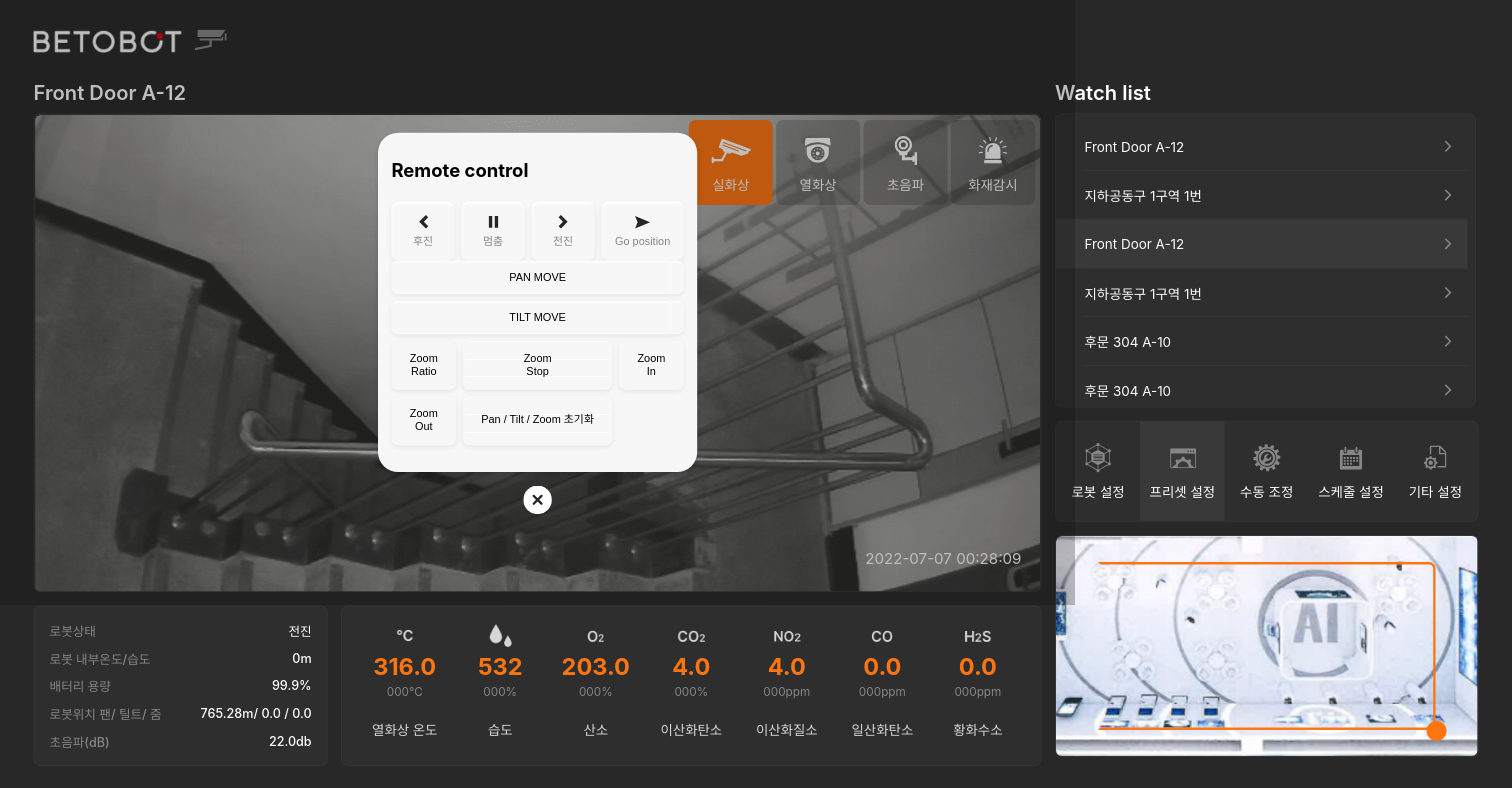
Repository: jang0ha/betobot
Page: content/main/main.html
The author's editor kept a copy of each file at every save. The page is drawn from the files as they stood at one save, then again after the next save.
The browser window is 1280 px wide. The page is 1800 px wide, so the pictures cover 1800 px, including what lies to the right of the window. The pictures show the whole page, at 84% of full size.
Some web fonts or font styles are not loaded; a fallback is used. The style sheet was rebuilt from its Sass, Less or Tailwind sources for each picture, by a compiler version that may differ from the author's.

Above is the page before, as saved 2022-07-20 15:15:33.

### content/main/main.html
<!DOCTYPE html>
<html lang="en">

<head>
    <meta charset="UTF-8">
    <meta http-equiv="X-UA-Compatible" content="IE=edge">
    <!-- <meta name="viewport" content="width=device-width, initial-scale=1.0">
    <meta name="viewport" content="width=device-width, user-scalable=no, initial-scale=1.0"> -->
    <meta name="format-detection" content="telephone=no">
    <title>BETOBOT</title>

    <!-- 스타일 css -->
    <link rel="stylesheet" href="/resources/css/style.css">



    <!-- 제이쿼리 js -->
    <script src="/resources/js/jquery/jquery.min.js"></script>
    <script src="/resources/lib/jquery-ui/jquery-ui.min.js"></script>

    <!-- gsap -->
    <script src="/resources/lib/gsap/gsap.min.js"></script>
</head>
<body id="main">
    <div id="wrap">
        <!-- 헤더 -->
        <div id="header-block">
            <header>
                <div class="container">
                    <div class="header-wrap">
                        <a href="#none" class="logo-wrap">
                            <img src="../../resources/images/icon-logo.png" alt="BETOBOT 로고 이미지" class="logo">
                            <img src="../../resources/images/icon-camera.svg" alt="로고 카메라 이미지" class="logo-camera">
                        </a>
                    </div>
                </div>
            </header>
        </div>

        <!-- 컨텐츠 -->
        <div id="content-block">
            <main id="content" role="main">
                <div class="container">
                    <div class="row-wrap">
                        <!-- 왼쪽 시작-->
                        <div class="left-container">
                            <div class="title">Front Door A-12</div>
                            <div class="row-wrap">
                                <div class="front-list-wrap card" style="background-image:url('../../resources/images/@sample-front-img.png')">
                                    <div class="front-btn-wrap">
                                        <ul>
                                            <li>
                                                <a href="javascript:;"  class="active">
                                                    <i class="icon-front-camera"></i>
                                                    <p>실화상</p>
                                                </a>
                                            </li>
                                            <li>
                                                <a href="javascript:;" >
                                                    <i class="icon-front-temper"></i>
                                                    <p>열화상</p>
                                                </a>
                                            </li>
                                            <li>
                                                <a href="javascript:;">
                                                    <i class="icon-front-wave"></i>
                                                    <p>초음파</p>
                                                </a>
                                            </li>
                                            <li>
                                                <a href="javascript:;">
                                                    <i class="icon-front-fire"></i>
                                                    <p>화재감시</p>
                                                </a>
                                            </li>
                                        </ul>
                                    </div>

                                    <div class="front-date-wrap">
                                        2022-07-07 00:28:09
                                    </div>
                                </div>

                                <div class="row-wrap">
                                    <div class="robot-information-wrap card">
                                        <ul>
                                            <li>
                                                <span class="index">로봇상태</span>
                                                <span class="index-information">전진</span>
                                            </li>
                                            <li>
                                                <span class="index">로봇 내부온도/습도</span>
                                                <span class="index-information">0m</span>
                                            </li>
                                            <li>
                                                <span class="index">배터리 용량</span>
                                                <span class="index-information">99.9%</span>
                                            </li>
                                            <li>
                                                <span class="index">로봇위치 팬/ 틸트/ 줌</span>
                                                <span class="index-information">765.28m/ 0.0 / 0.0</span>
                                            </li>
                                            <li>
                                                <span class="index">초음파(dB)</span>
                                                <span class="index-information">22.0db</span>
                                            </li>
                                        </ul>
                                    </div>
                                    <div class="sensor-information-wrap card">
                                        <ul>
                                            <li>
                                                <i class="icon-info-temper"></i>
                                                <strong>316.0</strong>
                                                <small>000℃</small>
                                                <p class="name">열화상 온도</p>
                                            </li>
                                            <li>
                                                <i class="icon-info-humidity"></i>
                                                <strong>532</strong>
                                                <small>000%</small>
                                                <p class="name">습도</p>
                                            </li>
                                            <li>
                                                <i class="icon-info-o2"></i>
                                                <strong>203.0</strong>
                                                <small>000%</small>
                                                <p class="name">산소</p>
                                            </li>
                                            <li>
                                                <i class="icon-info-co2"></i>
                                                <strong>4.0</strong>
                                                <small>000%</small>
                                                <p class="name">이산화탄소</p>
                                            </li>
                                            <li>
                                                <i class="icon-info-no2"></i>
                                                <strong>4.0</strong>
                                                <small>000ppm</small>
                                                <p class="name">이산화질소</p>
                                            </li>
                                            <li>
                                                <i class="icon-info-co"></i>
                                                <strong>0.0</strong>
                                                <small>000ppm</small>
                                                <p class="name">일산화탄소</p>
                                            </li>
                                            <li>
                                                <i class="icon-info-h2s"></i>
                                                <strong>0.0</strong>
                                                <small>000ppm</small>
                                                <p class="name">황화수소</p>
                                            </li>
                                        </ul>
                                    </div>
                                </div>
                            </div>
                        </div>
                        <!-- 왼쪽 끝 -->

                        <!-- 오른쪽 시작  -->
                        <div class="right-container">
                            <div class="title">Watch list</div>
                            <div class="row-wrap">
                                <div class="watch-list-wrap card">
                                    <ul>
                                        <li><a href="javascript:;" ><div><span>Front Door A-12</span><i class="icon-arrow-right"></i></div></a></li>
                                        <li><a href="javascript:;" ><div><span>지하공동구 1구역 1번</span><i class="icon-arrow-right"></i></div></a></li>
                                        <li><a href="javascript:;" class="active"><div><span>Front Door A-12</span><i class="icon-arrow-right"></i></div></a></li>
                                        <li><a href="javascript:;" ><div><span>지하공동구 1구역 1번</span><i class="icon-arrow-right"></i></div></a></li>
                                        <li><a href="javascript:;" ><div><span>후문 304 A-10</span><i class="icon-arrow-right"></i></div></a></li>
                                        <li><a href="javascript:;" ><div><span>후문 304 A-10</span><i class="icon-arrow-right"></i></div></a></li>
                                    </ul>
                                </div>
                                <div class="watch-list-btn-wrap card">
                                    <ul>
                                        <li>
                                            <a href="javascript:;" >
                                                <i class="icon-menu-robot"></i>
                                                <p>로봇 설정</p>
                                            </a>
                                        </li>
                                        <li>
                                            <a href="javascript:;" class="active">
                                                <i class="icon-menu-preset"></i>
                                                <p>프리셋 설정</p>
                                            </a>
                                        </li>
                                        <li>
                                            <a href="javascript:;" >
                                                <i class="icon-menu-handwork"></i>
                                                <p>수동 조정</p>
                                            </a>
                                        </li>
                                        <li>
                                            <a href="javascript:;" >
                                                <i class="icon-menu-schedule"></i>
                                                <p>스케줄 설정</p>
                                            </a>
                                        </li>
                                        <li>
                                            <a href="javascript:;" >
                                                <i class="icon-menu-etc"></i>
                                                <p>기타 설정</p>
                                            </a>
                                        </li>
                                    </ul>
                                </div>
                                <div class="watch-map card" style="background-image: url('../../resources/images/@floor-plan.png');">
                                    <div class="line">
                                        <div class="robot"></div>
                                    </div>
                                </div>
                                <!-- <div class="m-5">
                                    <div class="mb-3 p-2 border d-inline"><button type="button" id="play"> 재생 </button></div>
                                    <div class="mb-3 p-2 border d-inline"><button type="button" id="pause"> 정지 </button></div>
                                    <input type="text" value="" placeholder="left(%)" id="leftVal">
                                    <input type="text" value="" placeholder="top(%)" id="topVal">
                                    <button type="button" onclick="moveRobot()"> 이동 </button>
                                </div>
                             -->
                            </div>
                        </div>
                        <!-- 오른쪽 끝 -->
                    </div>
                </div>
            </main>
        </div>
    </div>


    <!-- 팝업  수동 조절 시작 -->
    <div class="popup show">
        <div class="popup-content">
            <div class="popup-header">Remote control</div>
            <div class="popup-body">
                <div class="remote-direction-wrap">
                    <button type="button" class="remote-btn">
                            <i class="icon-remote-backup"></i>
                            <p>후진</p>
                    </button>
                    <button type="button" class="remote-btn">
                        <i class="icon-remote-pause"></i>
                        <p>멈춤</p>
                    </button>
                    <button type="button" class="remote-btn">
                        <i class="icon-remote-forward"></i>
                        <p>전진</p>
                    </button>
                    <button type="button" class="remote-btn position">
                        <i class="icon-remote-go-position"></i>
                        <p>Go position</p>
                    </button>
                </div>

                <div class="remote-ptz-wrap">
                    <button type="button" class="remote-btn">
                        <p>PAN MOVE</p>
                    </button>
                    <button type="button" class="remote-btn">
                        <p>TILT MOVE</p>
                    </button>
                    <button type="button" class="remote-btn">
                        <p>Zoom<br>Ratio</p>
                    </button>
                    <button type="button" class="remote-btn">
                        <p>Zoom<br>Stop</p>
                    </button>
                    <button type="button" class="remote-btn">
                        <p>Zoom<br>In</p>
                    </button>
                    <button type="button" class="remote-btn">
                        <p>Zoom<br>Out</p>
                    </button>
                    <button type="button" class="remote-btn reset">
                        <p>Pan / Tilt / Zoom 초기화</p>
                    </button>
                </div>
            </div>
            <div class="close-btn">
                <i class="icon-popup-close"></i>
            </div>
        </div>

    </div>
    <!-- 팝업  수동 조절 끝 -->

    <script>
     $(document).ready(function () {
             // 자동으로 돔
             var tl_1 = new TimelineLite({
                repeat: -1,
            })
            tl_1.to('.robot', 3, {
                ease: Power0.easeNone,
                left: 98 + '%'
            })
            tl_1.to('.robot', 2, {
                ease: Power0.easeNone,
                top: 96 + '%'
            })
            tl_1.to('.robot', 3, {
                ease: Power0.easeNone,
                left: -2.3 + '%'
            })
            tl_1.to('.robot', 3, {
                ease: Power0.easeNone,
                left: 98 + '%'
            })
            tl_1.to('.robot', 2, {
                ease: Power0.easeNone,
                top: -5 + '%'
            })
            tl_1.to('.robot', 3, {
                ease: Power0.easeNone,
                left: -2.3 + '%'
            })
            // 재생
            var animationPlay = $('#play');
            animationPlay.on('click', function () {
                tl_1.play();
            })
            // 정지
            var animationPause = $('#pause');
            animationPause.on('click', function () {
                tl_1.pause();
            })


        })

        // 버튼 효과
        $(".watch-list-wrap li a").on("click", function(){
            $(".watch-list-wrap li a").removeClass("active");
            $(this).addClass("active");
        });

        $(".watch-list-btn-wrap li a").on("click", function(){
            $(".watch-list-btn-wrap li a").removeClass("active");
            $(this).addClass("active");
        });

        $(".front-btn-wrap li a").on("click", function(){
            $(".front-btn-wrap li a").removeClass("active");
            $(this).addClass("active");
        });
    </script>
</body>

</html>

Loaded but not shown: resources/js/jquery/jquery.min.js (library); resources/lib/jquery-ui/jquery-ui.min.js (library); resources/lib/gsap/gsap.min.js (library); resources/scss/style.scss (439 lines, source omitted)

After the next save:
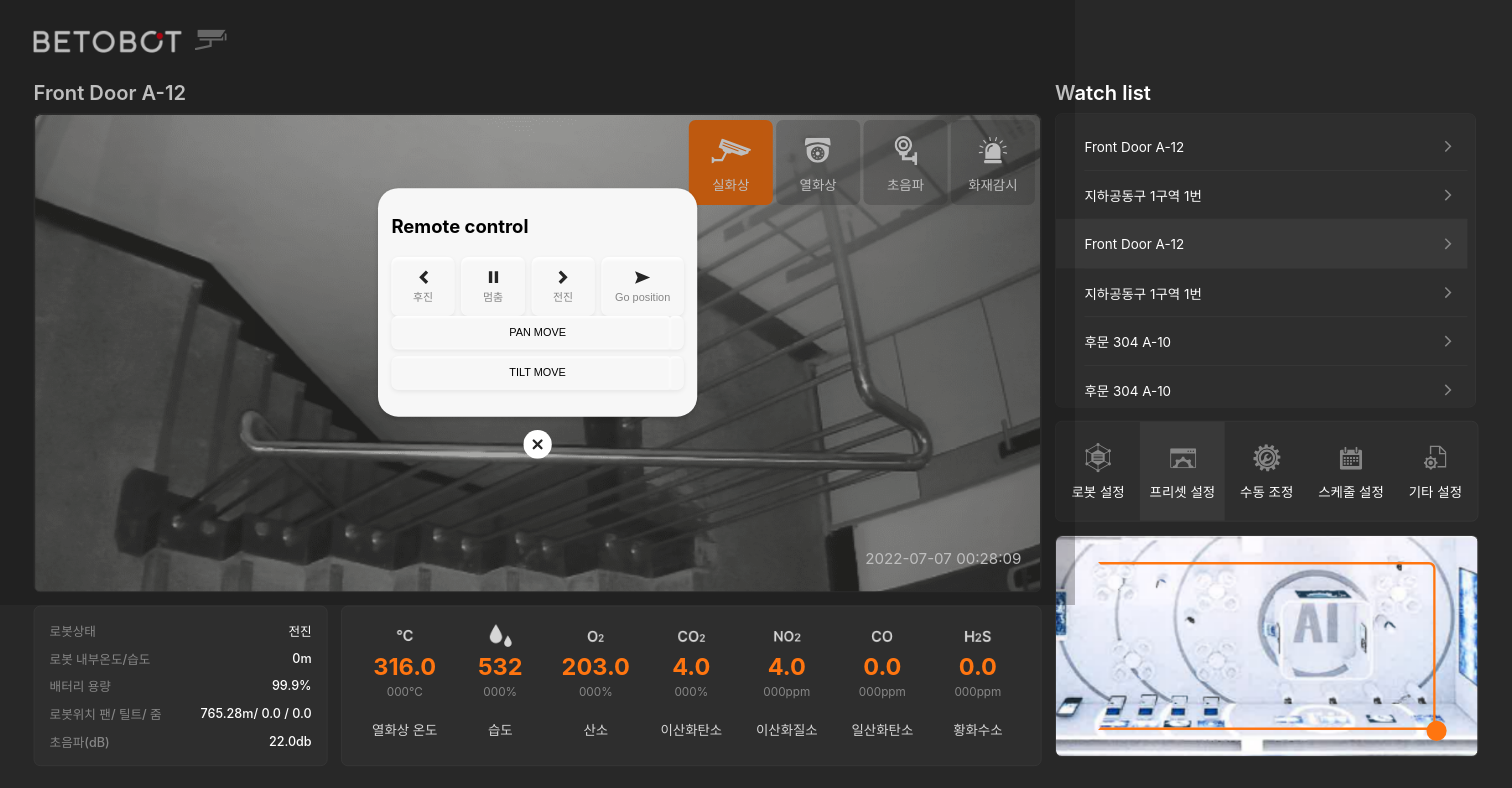
Saved 5 s later.
--- a/content/main/main.html
+++ b/content/main/main.html
@@ -259,7 +259,7 @@
                     <button type="button" class="remote-btn">
                         <p>TILT MOVE</p>
                     </button>
-                    <button type="button" class="remote-btn">
+                    <!-- <button type="button" class="remote-btn">
                         <p>Zoom<br>Ratio</p>
                     </button>
                     <button type="button" class="remote-btn">
@@ -273,7 +273,7 @@
                     </button>
                     <button type="button" class="remote-btn reset">
                         <p>Pan / Tilt / Zoom 초기화</p>
-                    </button>
+                    </button> -->
                 </div>
             </div>
             <div class="close-btn">
